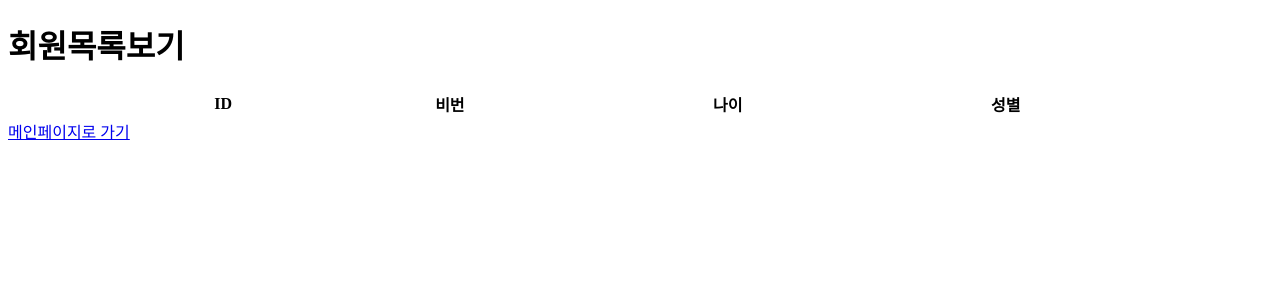
Repository: emthrology/servertest
Page: http://localhost/practices/callList3
An editor plug-in stored every save of this project. The page is shown before and after the next save, followed by the edit.
The browser window is 1280 px wide. The pictures show the whole page.
The page is served by Tomcat 9. Other server files are loaded and not shown. Queries for data that is not in the repository find no rows.

Above is the page before, as saved 2019-05-17 08:39:12.

### apache/practices/WebContent/WEB-INF/views/member3/callList3.jsp
<%@ page language="java" contentType="text/html; charset=UTF-8"
    pageEncoding="UTF-8"%>
    <%@ taglib uri="http://java.sun.com/jsp/jstl/core" prefix="c" %>
<!DOCTYPE html>
<html>
<head>
<meta charset="UTF-8">
<title>member3 전체 출력</title>
</head>
<body>
	<h1>회원목록보기</h1>
	<table class="table table-hover" style="text-align:center; width:80%; margin:0 auto;">
		<tr>
			<th>ID</th><th>비번</th><th>나이</th><th>성별</th>
		</tr>
		<c:forEach items="${list }" var="m3">
			<tr>
				<td>${m3.memberId }</td>
				<td>${m3.memberPw }</td>
				<td>${m3.age }</td>
				<td>${m3.sex }</td>
			</tr>
		</c:forEach>
	</table>
	<a href="/">메인페이지로 가기</a>
</body>
</html>

### apache/practices/src/member3/controller/CallList3Servlet.java
package member3.controller;

import java.io.IOException;
import java.util.ArrayList;

import javax.servlet.ServletException;
import javax.servlet.annotation.WebServlet;
import javax.servlet.http.HttpServlet;
import javax.servlet.http.HttpServletRequest;
import javax.servlet.http.HttpServletResponse;

import member3.model.service.Member3Service;
import member3.model.vo.Member3;

/**
 * Servlet implementation class CallList3Servlet
 */
@WebServlet(name = "CallList3", urlPatterns = { "/callList3" })
public class CallList3Servlet extends HttpServlet {
	private static final long serialVersionUID = 1L;

    /**
     * @see HttpServlet#HttpServlet()
     */
    public CallList3Servlet() {
        super();
        // TODO Auto-generated constructor stub
    }

	/**
	 * @see HttpServlet#doGet(HttpServletRequest request, HttpServletResponse response)
	 */
	protected void doGet(HttpServletRequest request, HttpServletResponse response) throws ServletException, IOException {
		request.setCharacterEncoding("utf-8");
		ArrayList<Member3> list = new Member3Service().callList();
		if(list != null) {
			request.setAttribute("list", list);
			request.getRequestDispatcher("/WEB-INF/views/member3/callList3.jsp").forward(request, response);
		}
	}

	/**
	 * @see HttpServlet#doPost(HttpServletRequest request, HttpServletResponse response)
	 */
	protected void doPost(HttpServletRequest request, HttpServletResponse response) throws ServletException, IOException {
		// TODO Auto-generated method stub
		doGet(request, response);
	}

}

### apache/practices/src/member3/model/service/Member3Service.java
package member3.model.service;

import java.sql.Connection;
import java.sql.SQLException;
import java.util.ArrayList;

import common.JDBCTemplate;
import member3.model.dao.Member3Dao;
import member3.model.vo.Member3;

public class Member3Service {

	public int join(Member3 m3) throws SQLException {
		Connection conn = JDBCTemplate.getConnection();
		int result = new Member3Dao().join(conn,m3);
		if(result >0) {
			JDBCTemplate.commit(conn);
		}else {
			JDBCTemplate.rollback(conn);
		}
		return result;
	}

	public ArrayList<Member3> callList() {
		Connection conn = JDBCTemplate.getConnection();
		ArrayList<Member3> list = new Member3Dao().callList(conn);
		JDBCTemplate.close(conn);
		return list;
	}

}

### apache/practices/src/common/JDBCTemplate.java
package common;
import java.sql.*;
public class JDBCTemplate {
	public static Connection getConnection() {
		Connection conn = null;
		try {
			Class.forName("oracle.jdbc.driver.OracleDriver");
			conn = DriverManager.getConnection("jdbc:oracle:thin:@localhost:49161:xe", "system", "oracle");
			conn.setAutoCommit(false);
		} catch (ClassNotFoundException e) {
			// TODO Auto-generated catch block
			e.printStackTrace();
		} catch (SQLException e) {
			// TODO Auto-generated catch block
			e.printStackTrace();
		}
		return conn;
	}

	public static void close(Statement stmt) {
		try {
			if(stmt!=null && !stmt.isClosed()) {
				stmt.close();
			}
		} catch (SQLException e) {
			// TODO Auto-generated catch block
			e.printStackTrace();
		}
	}

	public static void close(ResultSet rset) {
		try {
			if(rset!=null && !rset.isClosed()) {
				rset.close();
			}
		} catch (SQLException e) {
			// TODO Auto-generated catch block
			e.printStackTrace();
		}
	}

	public static void close(Connection conn) {
		try {
			if(conn!=null && !conn.isClosed()) {
				conn.close();
			}
		} catch (SQLException e) {
			// TODO Auto-generated catch block
			e.printStackTrace();
		}
	}

	public static void commit(Connection conn) {
		try {
			if(conn !=null && !conn.isClosed()) {
				conn.commit();
			}
		} catch (SQLException e) {
			// TODO Auto-generated catch block
			e.printStackTrace();
		}
	}

	public static void rollback(Connection conn) {
		try {
			if(conn !=null && !conn.isClosed()) {
				conn.rollback();
			}
		} catch (SQLException e) {
			// TODO Auto-generated catch block
			e.printStackTrace();
		}
	}
}

### apache/practices/src/member3/model/dao/Member3Dao.java
package member3.model.dao;

import java.io.FileReader;
import java.io.IOException;
import java.sql.Connection;
import java.sql.PreparedStatement;
import java.sql.ResultSet;
import java.sql.SQLException;
import java.sql.Statement;
import java.util.ArrayList;
import java.util.Properties;

import common.JDBCTemplate;
import member.model.dao.MemberDao;
import member3.model.vo.Member3;

public class Member3Dao {
	private Properties prop = new Properties();
	public Member3Dao() {
		String filename = MemberDao.class.getResource("/sqls/member3/member3Query.properties").getPath();
		try {
			prop.load(new FileReader(filename));
		} catch (IOException e) {
			// TODO Auto-generated catch block
			e.printStackTrace();
		}
	}

	public int join(Connection conn, Member3 m3) throws SQLException {
		int result = 0;
		PreparedStatement pstmt = null;
		String query = prop.getProperty("join");
		pstmt = conn.prepareStatement(query);
		pstmt.setString(1, m3.getMemberId());
		pstmt.setString(2, m3.getMemberPw());
		pstmt.setString(3, m3.getMemberName());
		pstmt.setString(4, m3.getSocialSecurityNum());
		result = pstmt.executeUpdate();
		JDBCTemplate.close(pstmt);
		return result;
	}

	public ArrayList<Member3> callList(Connection conn) {
		ArrayList<Member3> list = null;
		Statement stmt = null;
		ResultSet rset = null;
		String query = prop.getProperty("callList");
		try {
			stmt = conn.createStatement();
			rset = stmt.executeQuery(query);
			list = new ArrayList<Member3>();
			while(rset.next()) {
				Member3 m3 = new Member3();
				m3.setMemberId(rset.getString("member_id"));
				m3.setMemberPw(rset.getString("member_pw"));
				m3.setMemberName(rset.getString("member_name"));
				m3.setSocialSecurityNum(rset.getString("social_security_num"));
				list.add(m3);
			}
		} catch (SQLException e) {
			// TODO Auto-generated catch block
			e.printStackTrace();
		} finally {
			JDBCTemplate.close(rset);
			JDBCTemplate.close(stmt);
		}
		return list;
	}

}

### apache/practices/src/member/model/dao/MemberDao.java
package member.model.dao;

import java.io.FileReader;
import java.io.IOException;
import java.sql.Connection;
import java.sql.PreparedStatement;
import java.sql.ResultSet;
import java.sql.SQLException;
import java.sql.Statement;
import java.util.ArrayList;
import java.util.Properties;

import common.JDBCTemplate;
import member.model.vo.Member;

public class MemberDao {
	private Properties prop = new Properties();
	public MemberDao() {
		String filename = MemberDao.class.getResource("/sqls/member/memberQuery.properties").getPath();
		try {
			prop.load(new FileReader(filename));
		} catch (IOException e) {
			// TODO Auto-generated catch block
			e.printStackTrace();
		}
	}

	public int join(Connection conn, Member m) throws SQLException {
		int result = 0;
		PreparedStatement pstmt = null;
		String query = prop.getProperty("join");
		pstmt = conn.prepareStatement(query);
		pstmt.setString(1, m.getMemberId());
		pstmt.setString(2, m.getMemberPw());
		pstmt.setInt(3, m.getAge());
		pstmt.setInt(4, m.getSex());
		result = pstmt.executeUpdate();
		JDBCTemplate.close(pstmt);
		return result;
	}

	public Member login(Connection conn, String memberId, String memberPw) {
		Member m = null;
		PreparedStatement pstmt = null;
		ResultSet rset = null;
		String query = prop.getProperty("login");
		try {
			pstmt = conn.prepareStatement(query);
			pstmt.setString(1, memberId);
			pstmt.setString(2, memberPw);
			rset = pstmt.executeQuery();
			if(rset.next()) {
				m = new Member();
				m.setMemberId(rset.getString("member_id"));
			}
		} catch (SQLException e) {
			// TODO Auto-generated catch block
			e.printStackTrace();
		} finally {
			JDBCTemplate.close(rset);
			JDBCTemplate.close(pstmt);
		}
		return m;
	}

	public ArrayList<Member> callList(Connection conn) {
		ArrayList<Member> list = null;
		Statement stmt = null;
		ResultSet rset = null;
		String query = prop.getProperty("callList");
		try {
			stmt = conn.createStatement();
			rset = stmt.executeQuery(query);
			list = new ArrayList<Member>();
			while(rset.next()) {
				Member m = new Member();
				m.setMemberId(rset.getString("member_id"));
				m.setMemberPw(rset.getString("member_pw"));
				m.setAge(rset.getInt("age"));
				m.setSex(rset.getInt("sex"));
				list.add(m);
			}
		} catch (SQLException e) {
			// TODO Auto-generated catch block
			e.printStackTrace();
		} finally {
			JDBCTemplate.close(rset);
			JDBCTemplate.close(stmt);
		}
		return list;
	}

}

After the next save:
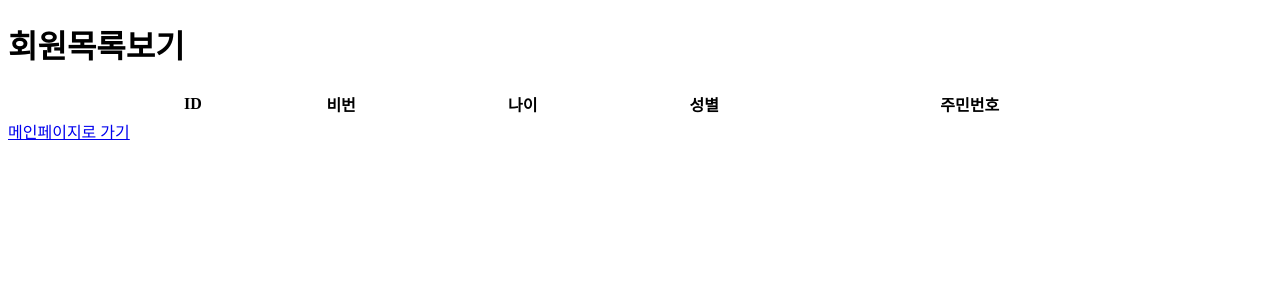
Saved 2 min 15 s later.
--- a/apache/practices/WebContent/WEB-INF/views/member3/callList3.jsp
+++ b/apache/practices/WebContent/WEB-INF/views/member3/callList3.jsp
@@ -11,7 +11,7 @@
 	<h1>회원목록보기</h1>
 	<table class="table table-hover" style="text-align:center; width:80%; margin:0 auto;">
 		<tr>
-			<th>ID</th><th>비번</th><th>나이</th><th>성별</th>
+			<th>ID</th><th>비번</th><th>나이</th><th>성별</th><th>주민번호</th>
 		</tr>
 		<c:forEach items="${list }" var="m3">
 			<tr>
@@ -19,6 +19,7 @@
 				<td>${m3.memberPw }</td>
 				<td>${m3.age }</td>
 				<td>${m3.sex }</td>
+				<td>${m3.socialSecurityNum }</td>
 			</tr>
 		</c:forEach>
 	</table>
